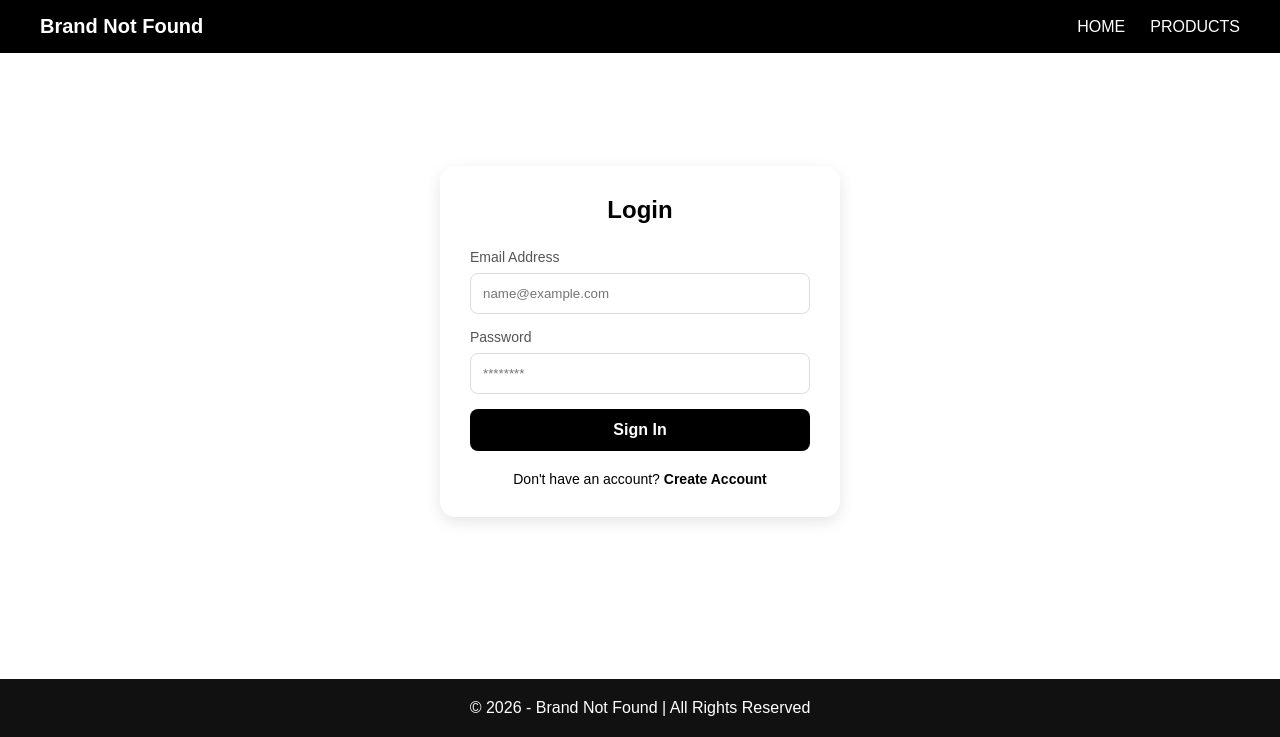
Repository: a-e-kasem/e-commerce
Page: ecommerce-front/login.html
An editor plug-in stored every save of this project. The page is shown before and after the next save, followed by the edit.
The browser window is 1280 px wide. The pictures show the whole page.

Above is the page before, as saved 2026-04-15 11:59:04.

After the next save:
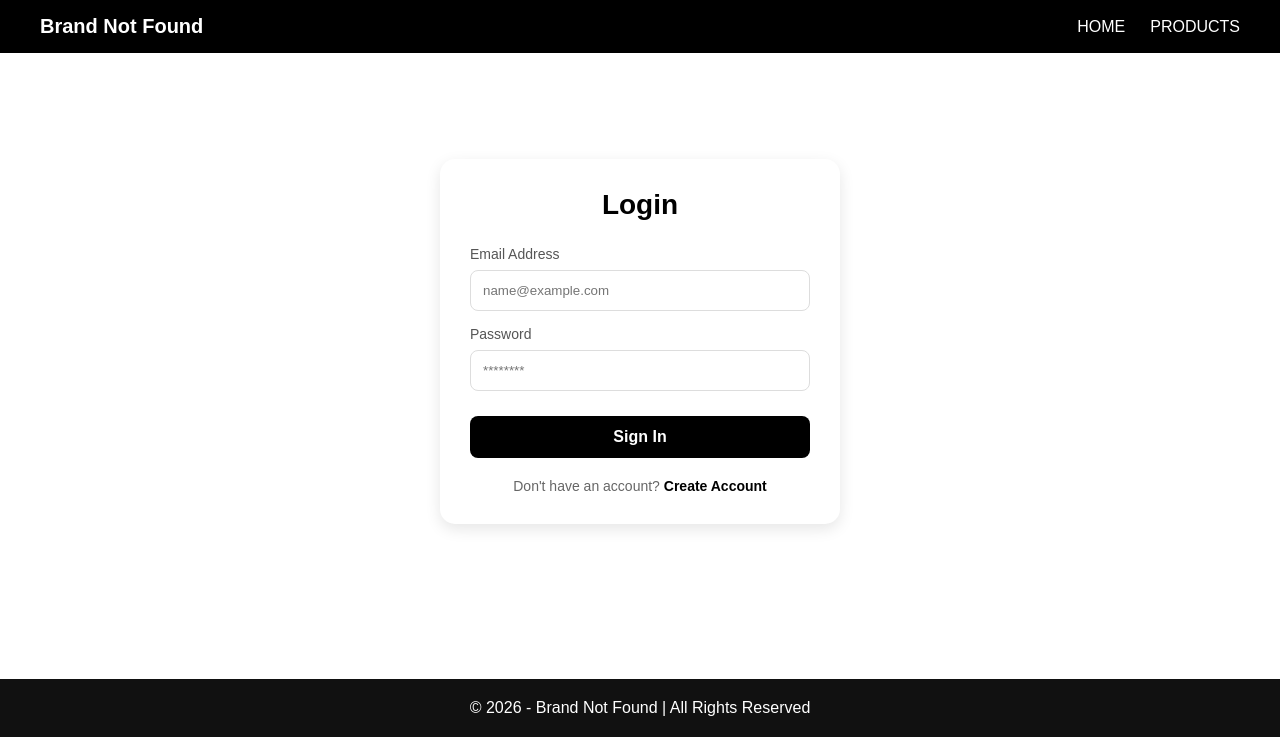
Saved 13 s later.
--- a/ecommerce-front/css/auth.css
+++ b/ecommerce-front/css/auth.css
@@ -20,10 +20,11 @@
 .auth-box h2 {
     margin-bottom: 25px;
     color: #000;
+    font-size: 28px;
 }
 
 .form-group {
-    text-align: left; /* الكتابة من اليمين */
+    text-align: left; /* المحاذاة لليسار */
     margin-bottom: 15px;
 }
 
@@ -40,7 +41,7 @@
     border-radius: 8px;
     border: 1px solid #ddd;
     outline: none;
-    text-align: left; /* الكتابة من اليمين */
+    text-align: left;
 }
 
 .auth-btn {
@@ -54,6 +55,7 @@
     font-size: 16px;
     font-weight: bold;
     transition: 0.3s;
+    margin-top: 10px;
 }
 
 .auth-btn:hover {
@@ -63,6 +65,7 @@
 .auth-footer {
     margin-top: 20px;
     font-size: 14px;
+    color: #666;
 }
 
 .auth-footer a {
